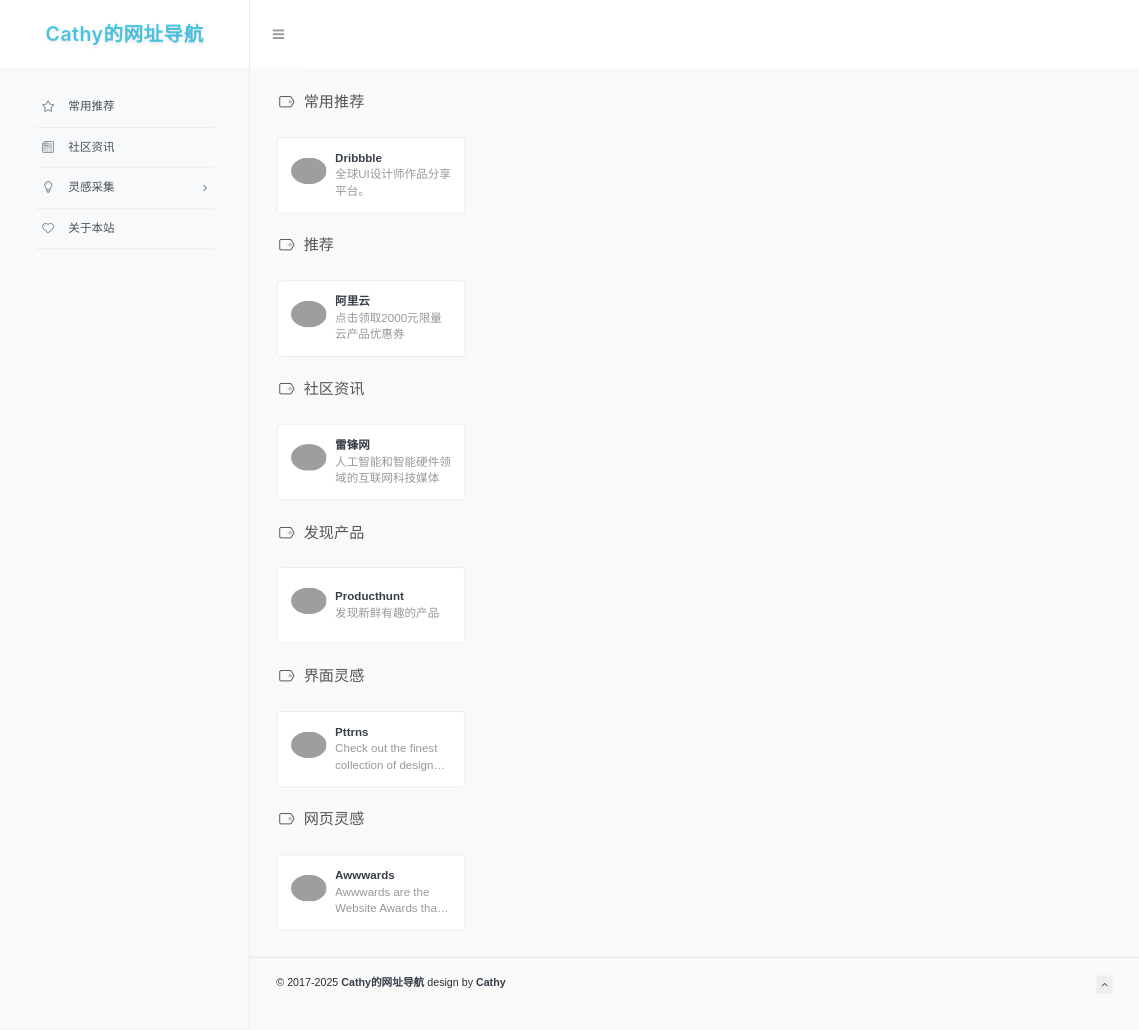
Repository: SweetPomelo0/AINav
Page: cn/index.html
These files come from the project's save history. The page is drawn as it stood at one moment and after the next save; the edit follows.
The browser window is 1280 px wide. The pictures show the whole page, at 89% of full size.
Pictures or frames that could not be fetched are drawn as grey boxes.

Above is the page before, as saved 2025-07-24 22:25:21.

After the next save:
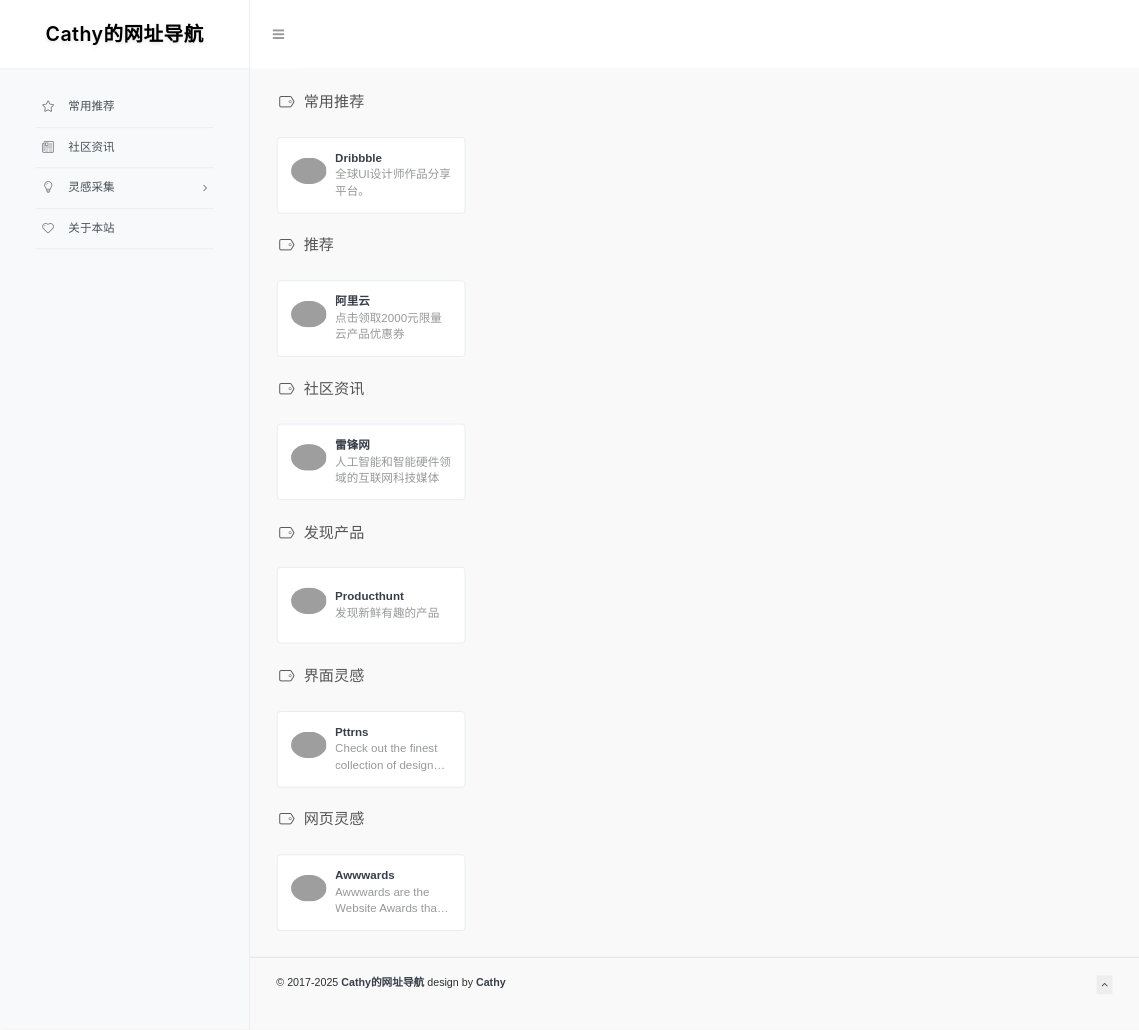
Saved 111 s later.
--- a/cn/index.html
+++ b/cn/index.html
@@ -34,7 +34,7 @@
       }
 
       .logo-title {
-        background: linear-gradient(135deg, #4fcceb 0%, #4fcceb 50%, #4fcceb 100%);
+        background: linear-gradient(135deg, #000000 0%, #000000 50%, #000000 100%);
         -webkit-background-clip: text;
         -webkit-text-fill-color: transparent;
         background-clip: text;
@@ -65,7 +65,7 @@
          width: 42px;
          height: 42px;
          line-height: 42px;
-         background: linear-gradient(135deg, #E0475B 0%, #E0475B 50%, #E0475B 100%);
+         background: linear-gradient(135deg, #000000 0%, #000000 50%, #000000 100%);
          border-radius: 12px;
          transition: all 0.3s cubic-bezier(0.4, 0, 0.2, 1);
          box-shadow: 0 4px 12px rgba(30, 136, 229, 0.3);
@@ -82,7 +82,7 @@
        }*/
 
       .logo-text:hover .logo-title-collapsed {
-         background: linear-gradient(135deg, #E0475B 0%, #E0475B 50%, #E0475B 100%);
+         background: linear-gradient(135deg, #000000 0%, #000000 50%, #000000 100%);
          transform: scale(1.08) translateY(-2px);
          box-shadow: 0 8px 20px rgba(76, 175, 80, 0.4);
          border-color: rgba(255, 255, 255, 0.2);
